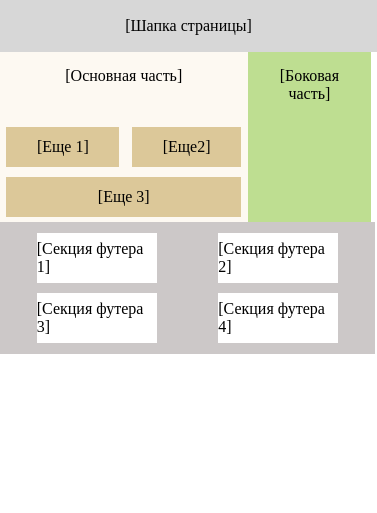
Repository: VictoriSyh/week7
Page: index_adapt.html
These files come from the project's save history. The page is drawn as it stood at one moment and after a run of saves; the edit follows.
The browser window is 375 px wide. The page is 377 px wide, so the pictures cover 377 px, including what lies to the right of the window. The pictures show the whole page.

Above is the page before, as saved 2025-01-02 18:18:46.

After the next 2 saves:
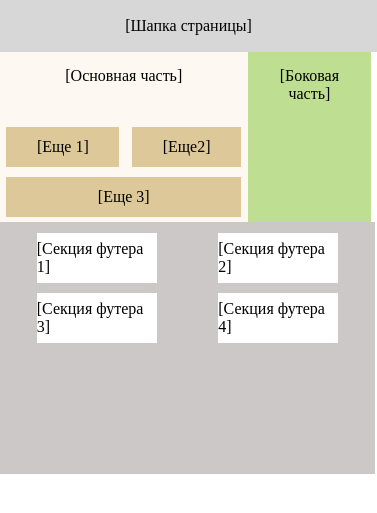
The 2 saves are shown as one change because they came seconds apart.
The last was saved 8 s later.
--- a/styles/style_adapt.css
+++ b/styles/style_adapt.css
@@ -109,6 +109,6 @@ footer{
 @media screen and (max-width: 425px) {
     footer{
         display: grid;
-        grid-template-rows: 1fr 1fr;
+        grid-template-rows: 1fr 1fr 1fr 1fr;
     }
 }
